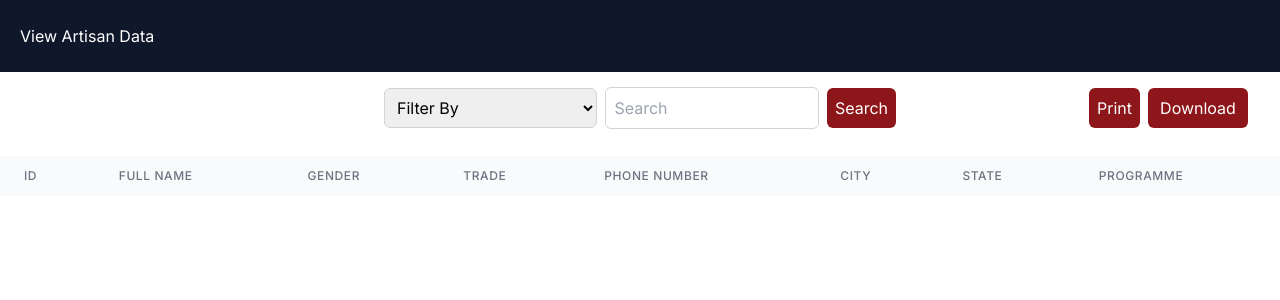
Repository: marcusdashe/artisanindex_frontend
Page: /components/CreateArtisan
The author's editor kept a copy of each file at every save. The page is drawn from the files as they stood at one save, then again after the next save.
The browser window is 1280 px wide. The pictures show the whole page.
The page's requests for data from a server got no answer. The project was rebuilt for these pictures with package versions that can differ from the ones it lists, and the page was loaded fresh each time. The framework's server and built-in components were replaced by stand-ins that run in the browser. No one was signed in, and anything a server would have sent is missing. Also part of the build but not shown: next.config.js.

Above is the page before, as saved 2023-03-09 10:39:51.

### pages/_app.js
import "@/styles/globals.css";
import "core-js/stable";
import "regenerator-runtime/runtime";

export default function App({ Component, pageProps }) {
  return <Component {...pageProps} />;
}

### pages/_document.js
import { Html, Head, Main, NextScript } from "next/document";

export default function Document() {
  return (
    <Html lang="en">
      <Head>
        <link rel="preconnect" href="https://fonts.googleapis.com" />
        <link
          rel="preconnect"
          href="https://fonts.gstatic.com"
          crossOrigin="true"
        />
        <link
          href="https://fonts.googleapis.com/css2?family=Inter:wght@100;200;300;400;500;600&display=swap"
          rel="stylesheet"
        />
      </Head>
      <body>
        <Main />
        <NextScript />
      </body>
    </Html>
  );
}

### pages/components/CreateArtisan.js
// import React, { useState } from "react";
// import axios from "axios";
// import ArtisanTable from "./ArtisanTable";

// function ViewArtisanDataScreen() {
//   const [selectedValue, setSelectedValue] = useState("");
//   const [searchInput, setSearchInput] = useState("");
//   const [artisans, setArtisans] = useState([]);

//   const options = [
//     { value: "trade", label: "Trade" },
//     { value: "phone", label: "Phone No." },
//     { value: "state", label: "State" },
//     { value: "gender", label: "Gender" },
//     { value: "fullname", label: "Full Name" },
//     { value: "city", label: "City" },
//   ];

//   const fetchAllArtisanEndpoint = `${process.env.NEXT_PUBLIC_BACKEND_BASE_URL}api/artisan/all`;
//   function handleSelectChange(event) {
//     setSelectedValue(event.target.value);
//   }

//   function handleSearchInputChange(event) {
//     setSearchInput(event.target.value);
//     switch (selectedValue) {
//       case "trade":
//         setArtisans(
//           artisans.filter((artisan) => artisan.trade === searchInput.trim())
//         );
//         break;
//       case "phone":
//         setArtisans(
//           artisans.filter((artisan) => artisan.phone === searchInput.trim())
//         );
//         break;
//       case "state":
//         setArtisans(
//           artisans.filter((artisan) => artisan.state === searchInput.trim())
//         );
//         break;
//       case "gender":
//         setArtisans(
//           artisans.filter((artisan) => artisan.gender === searchInput.trim())
//         );
//         break;
//       case "fullname":
//         setArtisans(
//           artisans.filter((artisan) => artisan.fullname === searchInput.trim())
//         );
//         break;
//       case "city":
//         setArtisans(
//           artisans.filter((artisan) => artisan.city === searchInput.trim())
//         );
//         break;
//       default:
//         console.log("Wrong Search keyword");
//     }
//   }

//   React.useMemo(() => {
//     axios
//       .get(fetchAllArtisanEndpoint)
//       .then((res) => {
//         console.log(res.data);
//         setArtisans(res.data);
//       })
//       .catch((err) => {
//         console.log(err);
//       });
//   }, []);

//   function fetchData() {
//     axios
//       .get(
//         `${process.env.NEXT_PUBLIC_BACKEND_BASE_URL}api/artisan/search?search=${searchInput}&filter=${selectedValue}`
//       )
//       .then((response) => {
//         // Handle the response data
//         setArtisans(response.data);
//         console.log(artisans);
//       })
//       .catch((error) => {
//         // Handle the error
//         console.error(error);
//       });
//   }

//   return (
//     <div className="w-full h-[100vh]">
//       <div className="w-full h-[10vh] bg-slate-900 flex items-center content-center justify-start p-4">
//         <h1 className="text-white">View Artisan Data</h1>
//       </div>
//       <div className="w-full h-[90vh] p-4 overflow-y-scroll overflow-x-hidden">
//         <input
//           type="text"
//           placeholder="Search.."
//           className="bg-slate-200 rounded-md p-3 w-full outline-none active:outline-none"
//           value={searchInput}
//           onChange={handleSearchInputChange}
//         />
//         <select
//           value={selectedValue}
//           onChange={handleSelectChange}
//           className="block w-full py-2 px-3 mt-2 border border-gray-300 rounded-md shadow-sm focus:outline-none focus:ring-[#8D161A] focus:border-[#8D161A] sm:text-sm"
//         >
//           <option value="">--Search by--</option>
//           {options.map((option, idx) => (
//             <option key={idx} value={option.value} className="text-gray-900">
//               {option.label}
//             </option>
//           ))}
//         </select>
//         <button
//           className="bg-[#8D161A] text-white rounded-md py-2 px-4 mt-4 hover:hover:bg-[#4a3e3e] duration-500 focus:outline-none focus:ring-2 focus:ring-blue-500"
//           onClick={fetchData}
//         >
//           Fetch Data
//         </button>
//         {artisans.length > 0 && <ArtisanTable data={artisans} />}
//       </div>
//     </div>
//   );
// }

// export default ViewArtisanDataScreen;

import React, { useState, useEffect } from "react";
import axios from "axios";
import FileSaver from "file-saver";
import ArtisanTable from "./ArtisanTable";

function ViewArtisanDataScreen() {
  const [selectedValue, setSelectedValue] = useState("");
  const [searchInput, setSearchInput] = useState("");
  const [artisans, setArtisans] = useState([]);

  const options = [
    { value: "trade", label: "Trade" },
    { value: "phone", label: "Phone No." },
    { value: "state", label: "State" },
    { value: "gender", label: "Gender" },
    { value: "fullname", label: "Name" },
    { value: "city", label: "City" },
  ];

  const fetchAllArtisanEndpoint = `${process.env.NEXT_PUBLIC_BACKEND_BASE_URL}api/artisan/all`;

  useEffect(() => {
    fetchData();
  }, [selectedValue, searchInput]);

  function handleSelectChange(event) {
    setSelectedValue(event.target.value);
  }

  function handleSearchInputChange(event) {
    setSearchInput(event.target.value);
  }

  const printPage = () => {
    window.print();
  };

  function fetchData() {
    const url =
      selectedValue && searchInput
        ? `${process.env.NEXT_PUBLIC_BACKEND_BASE_URL}api/artisan/search?search=${searchInput}&filter=${selectedValue}`
        : fetchAllArtisanEndpoint;

    axios
      .get(url)
      .then((response) => {
        setArtisans(response.data.reverse());
        console.log(response.data);
      })
      .catch((error) => {
        console.error(error);
      });
  }

  function downloadArtisan() {
    const url =
      selectedValue &&
      searchInput &&
      `${process.env.NEXT_PUBLIC_BACKEND_BASE_URL}api/artisan/spreadsheet/search?search=${searchInput}&filter=${selectedValue}`;

    axios
      .get(url, { responseType: "blob" })
      .then((response) => {
        let file = new Blob([response.data], {
          type: "application/vnd.ms-excel",
        });
        FileSaver.saveAs(file, "filteredartisans.xlsx");
      })
      .catch((error) => {
        console.error(error);
      });
  }

  const handleClick = () => {
    downloadArtisan();
  };

  return (
    <div className="w-full h-[100vh]">
      <div className="w-full h-[10vh] bg-slate-900 flex items-center content-center justify-start text-white p-5">
        View Artisan Data
      </div>
      <div className="w-full h-[10vh] bg-white flex items-center justify-center">
        <div className="w-[80%] md:w-[60%] lg:w-[40%] flex items-center justify-between">
          <select
            className="w-full p-2 border rounded-md border-gray-300"
            onChange={handleSelectChange}
            value={selectedValue}
          >
            <option value="" disabled selected>
              Filter By
            </option>
            {options.map((option) => (
              <option key={option.value} value={option.value}>
                {option.label}
              </option>
            ))}
          </select>
          <input
            className="w-full p-2 border rounded-md border-gray-300 ml-2"
            type="text"
            placeholder="Search"
            value={searchInput}
            onChange={handleSearchInputChange}
          />
          <button
            className="p-2 bg-[#8D161A] text-white rounded-md ml-2"
            onClick={fetchData}
          >
            Search
          </button>
          <div className="flex flex-row fixed right-8">
            <button
              className="p-2 bg-[#8D161A] text-white rounded-md ml-2"
              onClick={printPage}
            >
              Print
            </button>
            <button
              onClick={handleClick}
              className="p-2 bg-[#8D161A] text-white rounded-md ml-2 w-[100px]"
            >
              Download
            </button>
          </div>
        </div>
      </div>
      <div className="w-full h-[80vh] overflow-scroll">
        <ArtisanTable artisans={artisans} />
      </div>
    </div>
  );
}

export default ViewArtisanDataScreen;

### styles/globals.css
@tailwind base;
@tailwind components;
@tailwind utilities;

@layer base {
  html {
    font-family: "Inter", sans-serif;
  }
}

### pages/components/ArtisanTable.js
import React from "react";

const ArtisanTable = ({ artisans }) => {
  return (
    <table className="min-w-full divide-y divide-gray-200 mt-3">
      <thead className="bg-gray-50">
        <tr>
          <th className="px-6 py-3 text-left text-xs font-medium text-gray-500 uppercase tracking-wider">
            ID
          </th>
          <th className="px-6 py-3 text-left text-xs font-medium text-gray-500 uppercase tracking-wider">
            Full Name
          </th>
          <th className="px-6 py-3 text-left text-xs font-medium text-gray-500 uppercase tracking-wider">
            Gender
          </th>
          <th className="px-6 py-3 text-left text-xs font-medium text-gray-500 uppercase tracking-wider">
            Trade
          </th>
          <th className="px-6 py-3 text-left text-xs font-medium text-gray-500 uppercase tracking-wider">
            Phone Number
          </th>
          <th className="px-6 py-3 text-left text-xs font-medium text-gray-500 uppercase tracking-wider">
            City
          </th>
          <th className="px-6 py-3 text-left text-xs font-medium text-gray-500 uppercase tracking-wider">
            State
          </th>
          <th className="px-6 py-3 text-left text-xs font-medium text-gray-500 uppercase tracking-wider">
            Programme
          </th>
        </tr>
      </thead>
      <tbody className="bg-white divide-y divide-gray-200">
        {artisans.map((item) => (
          <tr key={item.id}>
            <td className="px-6 py-4 whitespace-nowrap">{item.id}</td>
            <td className="px-6 py-4 whitespace-nowrap">{item.fullName}</td>
            <td className="px-6 py-4 whitespace-nowrap">{item.gender}</td>
            <td className="px-6 py-4 whitespace-nowrap">{item.trade}</td>
            <td className="px-6 py-4 whitespace-nowrap">{item.phoneNumber}</td>
            <td className="px-6 py-4 whitespace-nowrap">{item.city}</td>
            <td className="px-6 py-4 whitespace-nowrap">{item.state}</td>
            <td className="px-6 py-4 whitespace-nowrap">
              {item.programme ? item.programme.slice(0, -1) : item.programme}
            </td>
            {/* <td className="px-6 py-4 whitespace-nowrap">
              {new Date(item.created).toUTCString().substring(0, 16)}
            </td> */}
          </tr>
        ))}
      </tbody>
    </table>
  );
};

export default ArtisanTable;

### tailwind.config.js
/** @type {import('tailwindcss').Config} */

module.exports = {
  content: [
    "./pages/**/*.{js,ts,jsx,tsx}",
    "./components/**/*.{js,ts,jsx,tsx}",
  ],
  theme: {
    extend: {},
  },
  plugins: [],
};

After the next save:
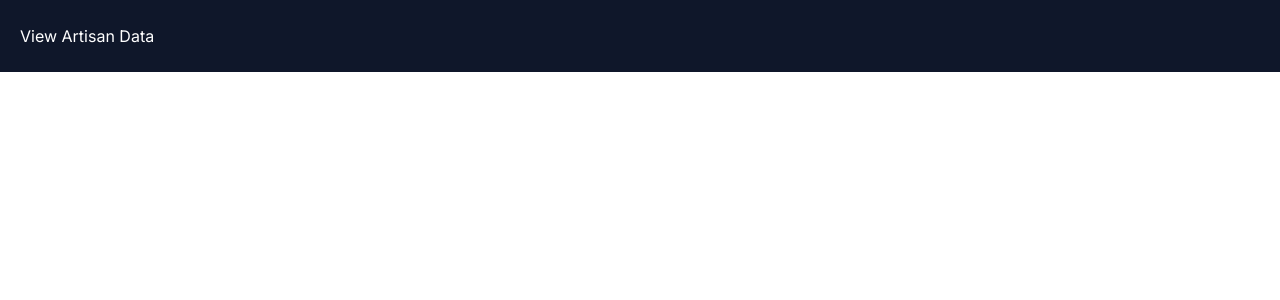
Saved 93 s later.
--- a/pages/components/CreateArtisan.js
+++ b/pages/components/CreateArtisan.js
@@ -208,54 +208,7 @@ function ViewArtisanDataScreen() {
       <div className="w-full h-[10vh] bg-slate-900 flex items-center content-center justify-start text-white p-5">
         View Artisan Data
       </div>
-      <div className="w-full h-[10vh] bg-white flex items-center justify-center">
-        <div className="w-[80%] md:w-[60%] lg:w-[40%] flex items-center justify-between">
-          <select
-            className="w-full p-2 border rounded-md border-gray-300"
-            onChange={handleSelectChange}
-            value={selectedValue}
-          >
-            <option value="" disabled selected>
-              Filter By
-            </option>
-            {options.map((option) => (
-              <option key={option.value} value={option.value}>
-                {option.label}
-              </option>
-            ))}
-          </select>
-          <input
-            className="w-full p-2 border rounded-md border-gray-300 ml-2"
-            type="text"
-            placeholder="Search"
-            value={searchInput}
-            onChange={handleSearchInputChange}
-          />
-          <button
-            className="p-2 bg-[#8D161A] text-white rounded-md ml-2"
-            onClick={fetchData}
-          >
-            Search
-          </button>
-          <div className="flex flex-row fixed right-8">
-            <button
-              className="p-2 bg-[#8D161A] text-white rounded-md ml-2"
-              onClick={printPage}
-            >
-              Print
-            </button>
-            <button
-              onClick={handleClick}
-              className="p-2 bg-[#8D161A] text-white rounded-md ml-2 w-[100px]"
-            >
-              Download
-            </button>
-          </div>
-        </div>
-      </div>
-      <div className="w-full h-[80vh] overflow-scroll">
-        <ArtisanTable artisans={artisans} />
-      </div>
+      <div className="w-full h-[10vh] bg-white flex items-center justify-center"></div>
     </div>
   );
 }
